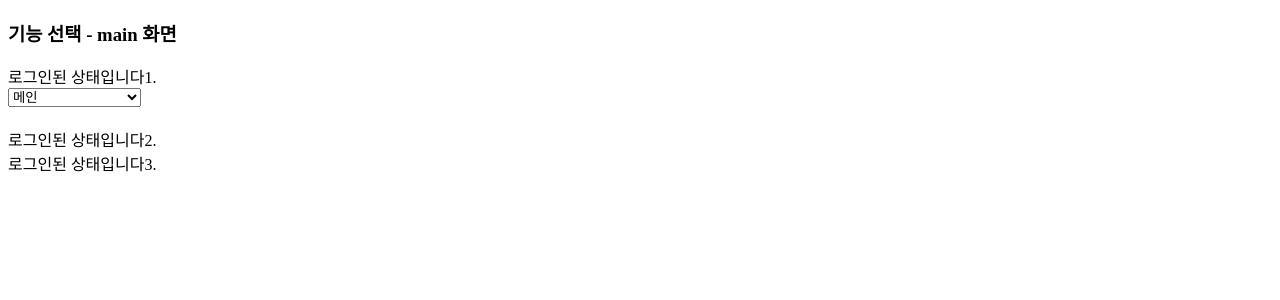
Repository: minjikimkim2222/BBS
Page: http://localhost/BBS/main.jsp
These files come from the project's save history. The page is drawn as it stood at one moment and after the next save; the edit follows.
The browser window is 1280 px wide. The pictures show the whole page.
The page is served by Tomcat 9.

Above is the page before, as saved 2023-12-27 07:02:36.

After the next save:
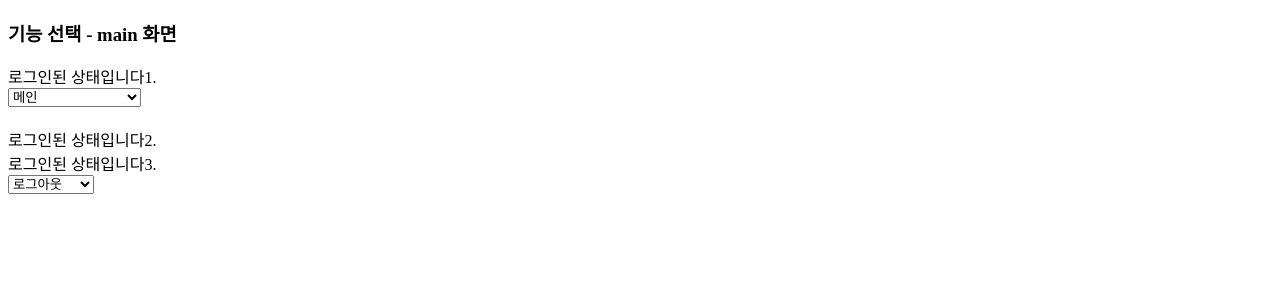
Saved 9 s later.
--- a/BBS/src/main/webapp/main.jsp
+++ b/BBS/src/main/webapp/main.jsp
@@ -40,6 +40,12 @@
      <div>로그인된 상태입니다2.</div>
      <div>로그인된 상태입니다3.</div>
 
+                  <select>
+                <optgroup label="회원관리">
+                    <option value="logoutAction.jsp">로그아웃</option>
+                </optgroup>
+            </select>
+
         <% } else { // 로그인이 되어 있는 상태에서 보여지는 화면 %>
 
 			<span>로그인된 상태입니다4.</span>

After the 2 saves that followed:
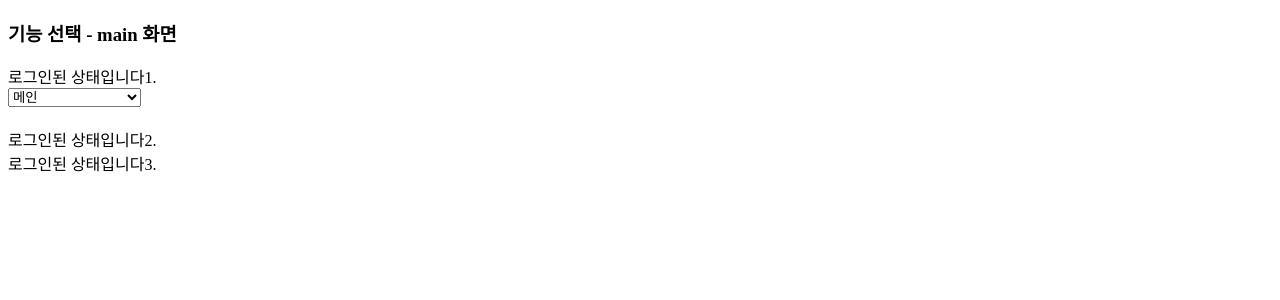
The 2 saves are shown as one change because 1 left the picture as it was.
The last was saved 18 s later.
--- a/BBS/src/main/webapp/main.jsp
+++ b/BBS/src/main/webapp/main.jsp
@@ -40,11 +40,6 @@
      <div>로그인된 상태입니다2.</div>
      <div>로그인된 상태입니다3.</div>
 
-                  <select>
-                <optgroup label="회원관리">
-                    <option value="logoutAction.jsp">로그아웃</option>
-                </optgroup>
-            </select>
 
         <% } else { // 로그인이 되어 있는 상태에서 보여지는 화면 %>
 
